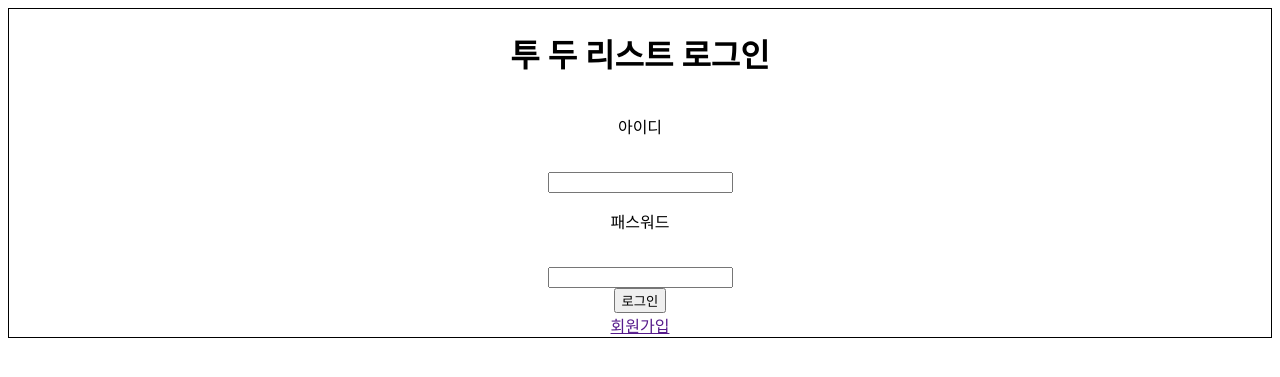
Repository: kdhleppa/server
Page: http://localhost/todoList/
These files come from the project's save history. The page is drawn as it stood at one moment and after the next save; the edit follows.
The browser window is 1280 px wide. The pictures show the whole page.
The page is served by Tomcat 9.

Above is the page before, as saved 2023-09-26 03:39:18.

After the next save:
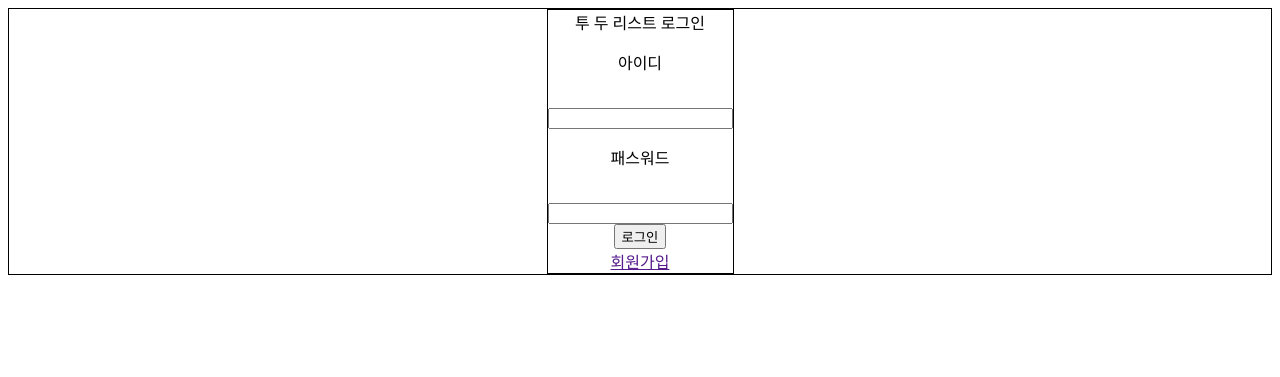
Saved 12 s later.
--- a/todoList/src/main/webapp/index.jsp
+++ b/todoList/src/main/webapp/index.jsp
@@ -13,6 +13,7 @@
 <body>
 	<main>
 	    <div id="container">
+	    <div id="formcontainer"
 	    <h1>투 두 리스트 로그인</h1>
 	    <form action="/member/login">
 	        <p>아이디</p><br>
@@ -23,6 +24,7 @@
 	        <a href="">회원가입</a>
 	    </form>
 	    </div>
+	    </div>
 	</main>
 
 </body>
